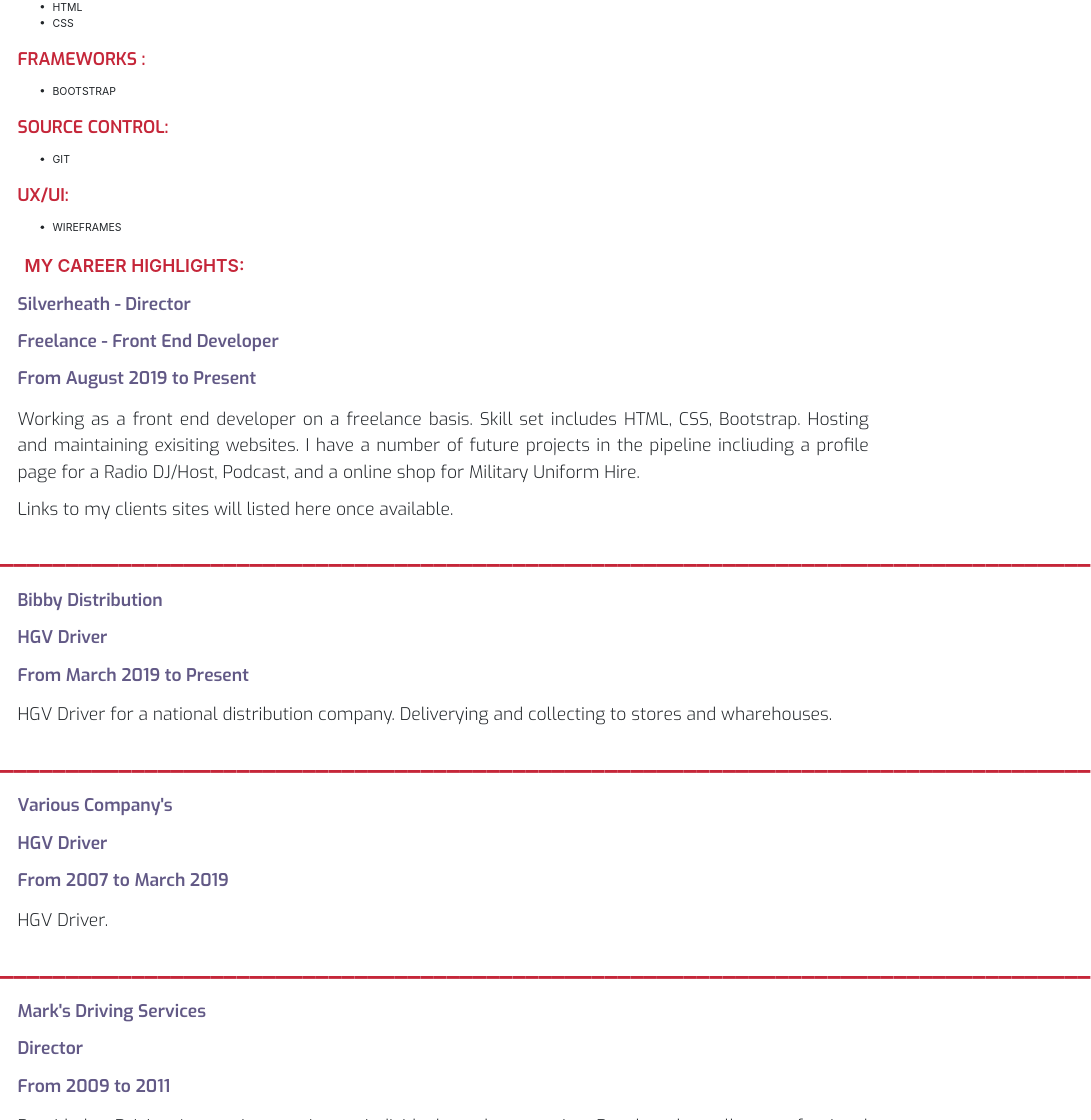
Repository: Code-Institute-Submissions/silverheath
Page: resume.html
The author's editor kept a record of every edit. The page is drawn from the files as they stood at one moment, then again after the next edit.
The browser window is 1280 px wide. The page is 1558 px wide, so the pictures cover 1558 px, including what lies to the right of the window. The pictures show the part of the page from y = 453 to 2053 px (the page is 2933 px tall), at 70% of full size.
Some web libraries are served in a nearby version.

Above is the page before.

### resume.html
<!DOCTYPE html>
<html lang="en">

<head>
    <meta name="author" content="Mark Dyson">
    <meta charset="UTF-8">
    <meta name="viewport" content="width=device-width, initial-scale=1.0">
    <meta http-equiv="X-UA-Compatible" content="ie=edge">
    <link rel="stylesheet" href="https://maxcdn.bootstrapcdn.com/bootstrap/4.2.1/css/bootstrap.min.css" type="text/css" />
    <link rel="stylesheet" href="https://maxcdn.bootstrapcdn.com/font-awesome/4.7.0/css/font-awesome.min.css" type="text/css" />
    <link rel="stylesheet" href="https://cdnjs.cloudflare.com/ajax/libs/hover.css/2.1.1/css/hover-min.css" type="text/css" />
    <link rel="stylesheet" href="assets/css/style.css">
    <title>Silverheath</title>
</head>

<body>
    <header>
        <div class="row no-gutters">
            <a class="col-md-2 logo" href="index.html"></a>
            <div class="col-md-10">
                <div class="row no-gutters bg-color-name-title uppercase">
                    <div class="col heading">
                        <h1 class="title" <h1 class="title">The complete website service</h1>

                    </div>
                </div>
            </div>
        </div>
        <div class="row no-gutters">
            <div class="col">
                <ul id="nav" class="list-inline menucontainer">
                    <li class="col-6 col-sm-3 list-inline-item ui-menu-color-home menuitem">
                        <a href="index.html" class="hvr-bounce-to-top"><span>Home</span></a>
                    </li>
                    <li class="col-6 col-sm-3 list-inline-item ui-menu-color-about menuitem">
                        <a href="about.html" class="hvr-bounce-to-bottom"><span>About</span></a>
                    </li>
                    <li class="col-6 col-sm-3 list-inline-item ui-menu-color-resume menuitem">
                        <a href="resume.html" class="hvr-bounce-to-top"><span>Resume</span></a>
                    </li>
                    <li class="col-6 col-sm-3 list-inline-item ui-menu-color-contact menuitem">
                        <a href="contact.html" class="hvr-bounce-to-bottom"><span>Contact Me</span></a>
                    </li>
                </ul>
            </div>
        </div>
        </div>
        </div>
    </header>
    <div>
        <h4 class="resume-one uppercases">Skills:</h4>
        <div class=intro>
            <p>Whilst studdying I have gained the following skill set. This will of course expand during my course and the list will be updated to reflect this:</p>

        </div>
        <div>
            <h4 class="section-heading uppercase about-header">Frontend:</h4>
            <div class=resume-list uppercase>
            <ul>
                <li>HTML</li>
                <li>CSS</li>
            </ul>
            </div>
            <h4 class="section-heading uppercase about-header">Frameworks :</h4>
             <div class="resume-list uppercase">
            <ul>
                <li>Bootstrap</li>
            </ul>
            </div>
            <h4 class="section-heading uppercase about-header">Source control:</h4>
             <div class="resume-list uppercase">
            <ul>
                <li>Git</li>
            </ul>
            </div>
            <h4 class="section-heading uppercase about-header">UX/UI:</h4>
             <div class="resume-list uppercase">
            <ul>
                <li>Wireframes</li>
            </ul>
            </div>
        </div>
    </div>
    <div class="resume-one uppercase">
        <p>My career highlights:</p>
        <p> </p>
    </div>
    <div class=resume-header>
        <p>Silverheath - Director</p>
        <p>Freelance - Front End Developer</p>
        <p>From August 2019 to Present</p>
    </div>
    <div class=resume>
        <p>Working as a front end developer on a freelance basis. Skill set includes HTML, CSS, Bootstrap. Hosting and maintaining exisiting websites. I have a number of future projects in the pipeline incliuding a profile page for a Radio DJ/Host, Podcast,
            and a online shop for Military Uniform Hire.</p>
        <p>Links to my clients sites will listed here once available.</p>
    </div>
    <div class=resume-spacer>
        <p>___________________________________________________________________________________</p>
    </div>
    <div class=resume-header>
        <p>Bibby Distribution</p>
        <p>HGV Driver</p>
        <p>From March 2019 to Present</p>
    </div>
    <div class=resume>

        <p>HGV Driver for a national distribution company. Deliverying and collecting to stores and wharehouses.</p>
    </div>
    <div class=resume-spacer>
        <p>___________________________________________________________________________________</p>
    </div>
    <div class=resume-header>
        <p>Various Company's</p>
        <p>HGV Driver</p>
        <p>From 2007 to March 2019</p>
    </div>
    <div class=resume>
        <p>HGV Driver.</p>
    </div>
    <div class=resume-spacer>
        <p>___________________________________________________________________________________</p>
    </div>
    <div class=resume-header>
        <p>Mark's Driving Services</p>
        <p>Director</p>
        <p>From 2009 to 2011</p>
    </div>
    <div class=resume>
        <p>Provided a Driving Instruction service to individuals and companies. Developed excellent professional relationships with peers.</p>
    </div>
    <div class=resume-spacer>
        <p>___________________________________________________________________________________</p>
    </div>
    <div class=resume-header>
        <p>Phoenix IT</p>
        <p>Helpdesk Analyst</p>
        <p>From 2003 to 2006</p>
    </div>
    <div class=resume>
        <p>Part of the 1st Line IT Support team offering deskside and remote support to a portfolio of clients including Ofsted and CPS.</p>
    </div>
    <div class=resume-spacer>
        <p>___________________________________________________________________________________</p>
    </div>

    <div class=resume-header>
        <p>Pink Roccade</p>
        <p>Helpdesk Analyst</p>
        <p>From 1998 to 2003</p>
    </div>
    <div class=resume>
        <p>Responsible for identifying, troubleshooting and resolving reported issues assigned in a 1st Line Support capacity.</p>



    </div>

    </div>











    </section>
    <footer class="container-fluid">
        <div id="footer-details" class="row">
            <div class="col-sm-4">
                <h5 class="uppercase general-sub">Mark Dyson</h5>
                <p class="inline-block">
                    07455 900078 </p>
            </div>
            <div class="col-sm-4">
                <h5 class="uppercase general-sub">Download</h5>
                <p class="inline-block">
                    Need a printable version of my CV? Download it here.
                    <a href="assets/cv/cv.pdf" target="_blank" class="cv-pdf">
                                  <i class="fa fa-download" aria-hidden="true"></i>
                                  <span class="sr-only">Download link.</span>
                              </a>
                </p>
            </div>
            <div class="col-sm-4">
                <h5 class="uppercase general-sub">Social</h5>
                <ul class="list-inline social-links">
                    <li class="list-inline-item">
                        <a target="_blank" href="https://www.facebook.com/T123MRD">
                                        <i class="fa fa-facebook" aria-hidden="true"></i>
                                        <span class="sr-only">Facebook</span>
                                    </a>
                    </li>
                    <li class="list-inline-item">
                        <a target="_blank" href="https://twitter.com/md1858">
                                        <i class="fa fa-twitter" aria-hidden="true"></i>
                                        <span class="sr-only">Twitter</span>
                                    </a>
                    </li>
                    <li class="list-inline-item">
                        <a target="_blank" href="https://www.linkedin.com/in/mark-dyson-ba7397a1/">
                                        <i class="fa fa-linkedin" aria-hidden="true"></i>
                                        <span class="sr-only">LinkedIn</span>
                                    </a>
                    </li>



                </ul>
            </div>
        </div>
    </footer>
</body>

</html>

### assets/css/style.css
@import url('https://fonts.googleapis.com/css?family=Roboto:100,200,300,400,500,600,700|Exo:100,200,300,400,500,600,700');

/*--------------------------------------------Colors*/

.bg-color-name-title {
    background-color: #D9D9D8;
}

.bg-color-main-section {
    background-color: #fff;
}

.bg-color-personal-info {
    background-color: #f4f4f4;
}

.bg-color-portfolio {
    background-color: #625986;
}

.bg-color-contact {
    background-color: white;
}

.ui-menu-color-home {
    background-color: #625986;
}

.ui-menu-color-resume {
    background-color: #625986;
}

.ui-menu-color-about {
    background-color: #C52639;
}

.ui-menu-color-contact {
    background-color: #C52639;
}

.ui-menu-color-download {
    background-color: #525252;
}

.row-table {
    display: table;
}

.section-column {
    display: table-cell;
    padding: 0 30px 30px;
    float: none;
}

.section-heading {
    font-family: "Exo", sans-serif;
    font-weight: 300;
    margin-top: 25px;
    margin-bottom: 60px;
}

.portfolio-heading {
    color: #625986;
    font-weight: bold;
}


/* ----------------------------------------Special paddings/margins/text */

h1,
h2,
h3,
h4 {
    margin: 0;
}

.uppercase {
    text-transform: uppercase;
}

.general-sub {
    font-family: "Exo", sans-serif;
    font-weight: 300;
    color: #C52639;
}

.inline-block {
    display: inline-block;
}

.row-table {
    display: table;
}

.section-column {
    display: table-cell;
    padding: 0 30px 30px;
    float: none;
}

.history-heading,
.section-heading {
    font-family: "Exo", sans-serif;
    font-weight: 300;
    margin-top: 25px;
    margin-bottom: 40px;
}

.bottom-resume {
    padding: 0 130px 130px;

}


/*--------------------------------------------Heading*/

header {
    margin: 0;
}

.heading {
    margin-top: 30px;
    margin-left: 5px;
    margin-bottom: 40px;
}

.logo {
    background: url("../images/logo.jpg");
    background-position: center;
    background-repeat: no-repeat;
    background-size: contain;
    background-color: #D9D9D8;
    min-height: 150px;
    max-height: 247px;
    transition: all .5s ease-in-out;
    -moz-transition: all .5s ease-in-out;
    -webkit-transition: all .5s ease-in-out;
}

.title {
    font-family: "Roboto", sans-serif;
    font-weight: 800;
    font-size: 60px;
    margin-top: 25px;
    margin-bottom: 10px;
    margin-left: 90px;
    color: #625986;
    text-align: left;
}

.list-inline-item:not(:last-child) {
    margin: 0;
}

.menucontainer {
    font-size: 0;
}

#nav li {
    font-size: 14px;
    padding: 0;
}

#nav {
    margin: 0;
}

.menuitem {
    height: 60px;
    text-align: center;

}

.menuitem a {
    width: 100%;
    text-decoration: none;
    color: #fff;
    height: 60px;
}

.menuitem span {
    display: block;
    width: 100%;
    padding-top: 10px;
    text-align: center;
    text-transform: uppercase;
    font-size: 25px;
    font-weight: 300;
    letter-spacing: 2px;
}

/*----------------------intro----------------------*/

.intro {
    font-family: "Exo", sans-serif;
    text-align: justify;
    font-size: 25px;
    font-weight: 300;
    margin-top: 10px;
    margin-bottom: 10px;
    margin-left: 25px;
    width: 95%;

}

.intro-header {
    font-family: "Exo", sans-serif;
    text-align: left;
    font-size: 25px;
    font-weight: 600;
    margin-top: 25px;
    margin-bottom: 20px;
    margin-left: 25px;
    width: 100%;
    color: #C52639;

}

/*----------------------about----------------------*/

.about {
    font-family: "Exo", sans-serif;
    text-align: justify;
    font-size: 25px;
    font-weight: 300;
    margin-top: 10px;
    margin-bottom: 10px;
    margin-left: 25px;
    width: 95%;

}

.about-header {
    font-family: "Exo", sans-serif;
    text-align: left;
    font-size: 25px;
    font-weight: 600;
    margin-top: 25px;
    margin-bottom: 20px;
    margin-left: 25px;
    width: 100%;
    color: #C52639;

}


/*----------------------resume---------------------*/

span.a {
    display: inline;
    width: 200px;
    height: 200px;
    padding: 5px;
    border: 2px solid black;
    background-color: white;
    margin-left: 25px;
    font-weight: bold;
    width: 90%;
}

.resume-spacer {
    margin-bottom: 30px;
    margin-top: 30px;
}

.resume-list {
    margin-left: 35px;
    font-size: 15px;
}

.resume-one {
    color: #C52639;
    margin-left: 35px;
    font-weight: 600;
    font-size: 25px;
    margin-top: 25px;
}

.resume-spacer {
    text-align: center;
    color: #C52639;
    font-size: 40px;
    font-weight: 600;
    margin-top: 5px;
    margin-bottom: 5px;


}

.resume {
    font-family: "Exo", sans-serif;
    text-align: justify;
    font-size: 25px;
    font-weight: 300;
    margin-top: 1px;
    margin-bottom: 1px;
    margin-left: 25px;
    width: 95%;

}

.resume-header {
    font-family: "Exo", sans-serif;
    text-align: left;
    font-size: 25px;
    font-weight: 600;
    margin-top: 5px;
    margin-bottom: 20px;
    margin-left: 25px;
    width: 100%;
    color: #625986;

}






/*----------------------summary----------------------*/

.topline {
    padding-top: 20px;
    padding-bottom: 10px;
    margin-bottom: 15px;
    margin-left: 200;
    text-align: center;
    font-size: 40px;
    text-transform: uppercase;
    font-weight: bold;
    color: #625986;
}

.middleline {
    padding-top: 10px;
    padding-bottom: 10px;
    margin-bottom: 15px;
    margin-left: 200;
    text-align: center;
    font-size: 40px;
    text-transform: uppercase;
    font-weight: bold;
    color: #625986;
}

.bottomline {
    padding-top: 10px;
    padding-bottom: 30px;
    margin-bottom: 15px;
    margin-left: 200;
    text-align: center;
    font-size: 40px;
    text-transform: uppercase;
    font-weight: bold;
    color: #625986;
}
/*----------------------Contact----------------------*/
.contact {
    font-family: "Exo", sans-serif;
    text-align: justify;
    font-size: 25px;
    font-weight: 300;
    margin-top: 1px;
    margin-bottom: 1px;
    margin-left: 25px;
    width: 95%;

}

.contact-header {
    font-family: "Exo", sans-serif;
    text-align: left;
    font-size: 25px;
    font-weight: 600;
    margin-top: 5px;
    margin-bottom: 20px;
    margin-left: 25px;
    width: 100%;
    color: #C52639;

}

.contact-padding {
    margin-top: 30px;


}

.contact-paddingtop {
    margin-top: 60px;


}








/*--------------------------------------------Heading*/

.heading-padding {
    margin-top: 30px;

}
/*----------------------Hover.css----------------------*/

/* hvr-underline-from-center:before */

hvr-outline-out {
    background: #C52639;
    height: 40px;
}

/* ----------------------Footer---------------------- */

footer {
    background-color: #525252;
    color: #C52639;
    min-height: 120px;
    margin: 0;
}

.cv-pdf i {
    font-size: 18px;
    color: #625986;
    text-align: center;
    padding-left: 5px;
    transition: all 0.35s ease-in-out;
    -moz-transition: all 0.35s ease-in-out;
    -webkit-transition: all 0.35s ease-in-out;
    -o-transition: all 0.35s ease-in-out;
}

.cv-pdf i:hover {
    color: #C52639;
}

.social-links {
    padding-bottom: 15px;
}

.social-links li a i {
    width: 32px;
    height: 32px;
    padding: 12px 0;
    border-radius: 50%;
    font-size: 13px;
    line-height: 7px;
    text-align: center;
    color: #C52639;
    background: #8f8f8f;
    transition: all 0.35s ease-in-out;
    -moz-transition: all 0.35s ease-in-out;
    -webkit-transition: all 0.35s ease-in-out;
    -o-transition: all 0.35s ease-in-out;
}

.social-links li a i:hover {
    background: #625986;
}

#footer-details {
    padding: 20px;
    background-color: #D9D9D8;
    color: #C52639;
    font-weight: bold;
}


/* ----------------------Media Queries---------------------- */

@media(min-width: 992px) {
    .center-form {
        padding-top: 30px;
        min-height: 240px;
        margin: 0 auto;
        max-width: 50%;
    }
}

@media(max-width: 400px) {
    .center-form {
        padding-top: 30px;
        min-height: 240px;
        margin: 0 auto;
        max-width: 50%;
    }
    .title {
        font-size: 40px;
        text-align: left;
        max-width: 100px;
        padding-left: 5px;
    }
    .intro {
        max-width: 300px;
    }
    .intro-heading {
        max-width: 300px;
    }
}

After the next edit:
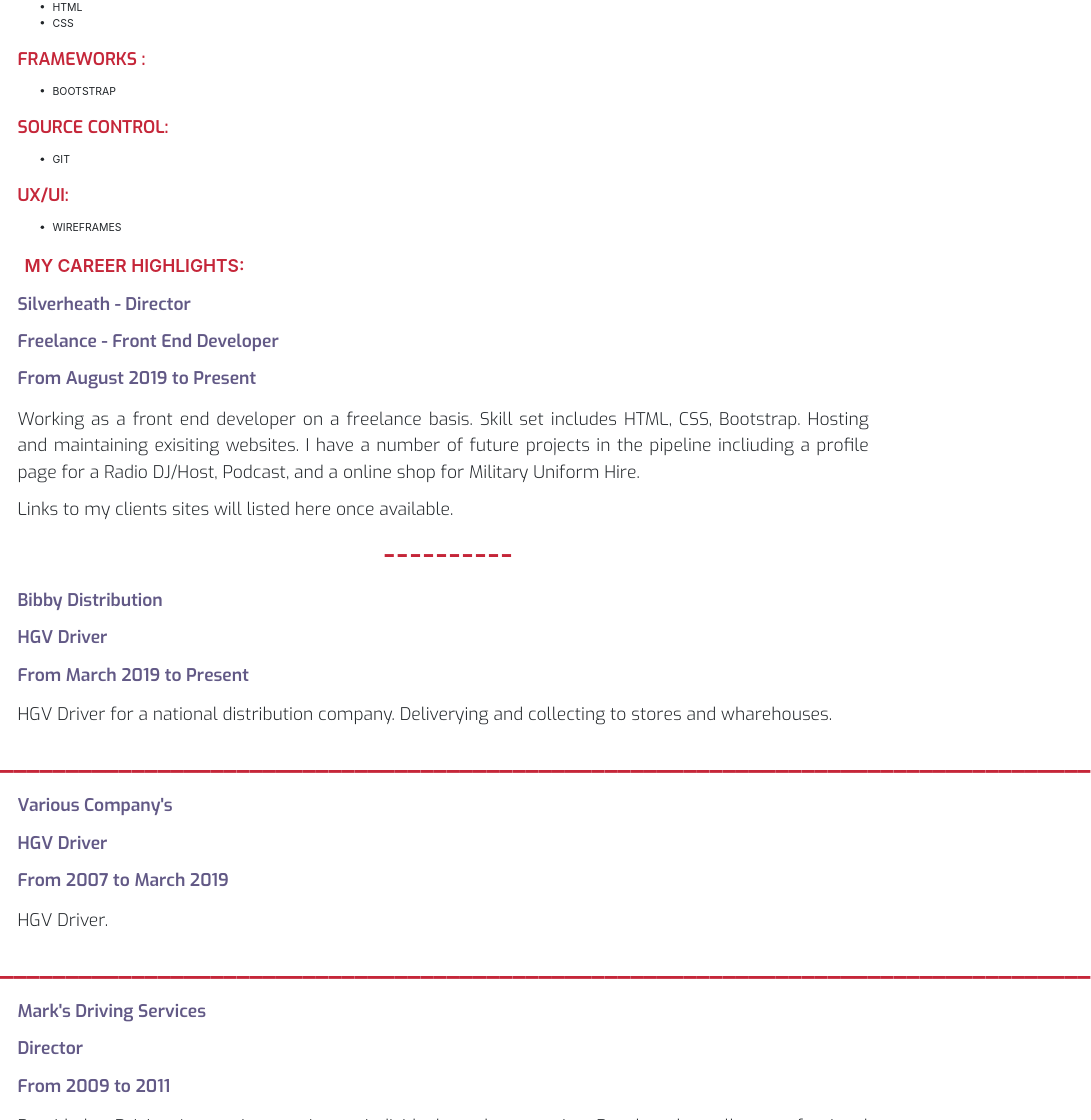
The edit:
--- a/resume.html
+++ b/resume.html
@@ -96,7 +96,7 @@
         <p>Links to my clients sites will listed here once available.</p>
     </div>
     <div class=resume-spacer>
-        <p>___________________________________________________________________________________</p>
+        <p>----------</p>
     </div>
     <div class=resume-header>
         <p>Bibby Distribution</p>
